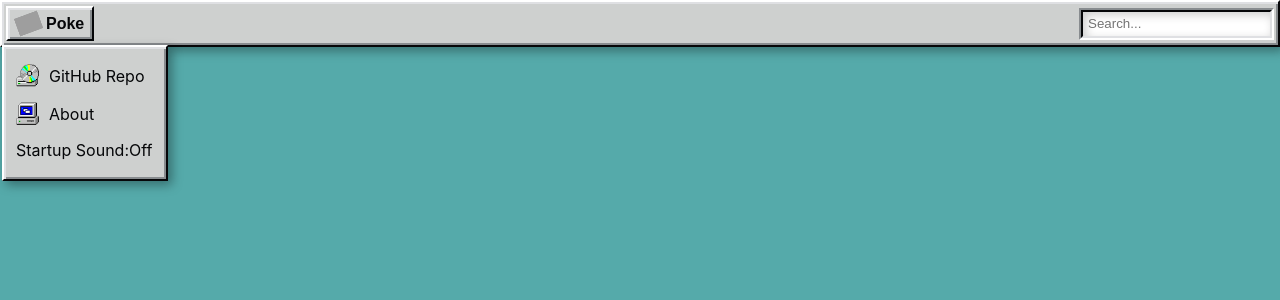
Repository: VolodymyrDubnytskyi/Pokemons
Page: /
These files come from the project's save history. The page is drawn as it stood at one moment and after the next save; the edit follows.
The browser window is 1280 px wide. The pictures show the whole page.
Pictures or frames that could not be fetched are drawn as grey boxes. The page's requests for data from a server got no answer. The project was rebuilt for these pictures with package versions that can differ from the ones it lists, and the page was loaded fresh each time. No one was signed in, and anything a server would have sent is missing. Also part of the build but not shown: src/Components/PopUpComponents/BasicInfo.js, src/Components/PopUpComponents/Stats.js, src/Components/PopUpComponents/Abilities.js, src/Components/PopUp.js.

Above is the page before, as saved 2020-06-11 15:07:35.

After the next save:
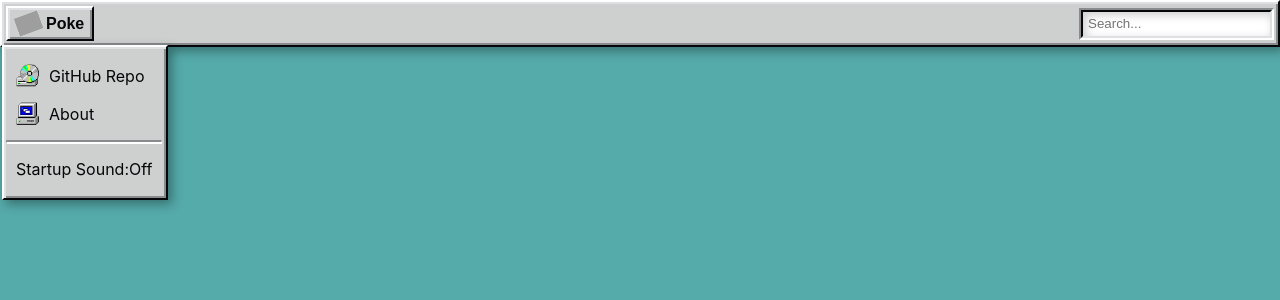
Saved 7 s later.
--- a/src/Components/HeaderComponents/Menu.js
+++ b/src/Components/HeaderComponents/Menu.js
@@ -14,6 +14,7 @@ const Menu = props => {
                     <img src={imgPc} alt="window-95-computre" className={'menu-icons'} />
                  About
                  </li>
+                 <hr className={'decorative-hr-line'}/>
                 <li className={'menu-item'}>Startup Sound:Off</li>
             </ul>
         </div>
